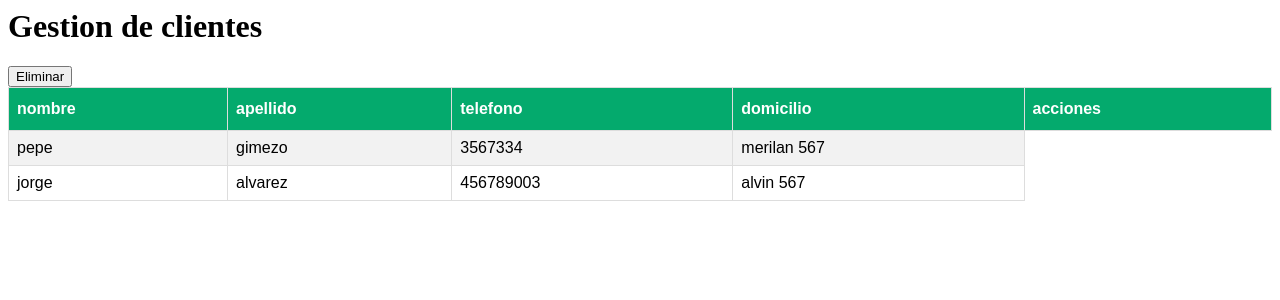
Repository: geraldine-ventura/Practicando.net
Page: index 2.html
The author's editor kept a copy of each file at every save. The page is drawn from the files as they stood at one save, then again after the next save.
The browser window is 1280 px wide. The pictures show the whole page.

Above is the page before, as saved 2022-12-20 11:11:24.

### index 2.html
<h1>Gestion de clientes</h1>
<table id= "customers">
    <tr>
        <th>nombre</th>
        <th>apellido</th>
        <th>telefono</th>
        <th>domicilio</th>
        <th>acciones</th>
    </tr>
    <tr>
        <td>pepe</td>
        <td>gimezo</td>
        <td>3567334</td>
        <td>merilan 567</td>
        <button>Eliminar</button>
    </tr>
    <tr>
        <td>jorge</td>
        <td>alvarez</td>
        <td>456789003</td>
        <td>alvin 567</td>
    </tr>
</table>

<style>
    #customers {
      font-family: Arial, Helvetica, sans-serif;
      border-collapse: collapse;
      width: 100%;
    }

    #customers td, #customers th {
      border: 1px solid #ddd;
      padding: 8px;
    }

    #customers tr:nth-child(even){background-color: #f2f2f2;}

    #customers tr:hover {background-color: #ddd;}

    #customers th {
      padding-top: 12px;
      padding-bottom: 12px;
      text-align: left;
      background-color: #04AA6D;
      color: white;
    }
    </style>

After the next save:
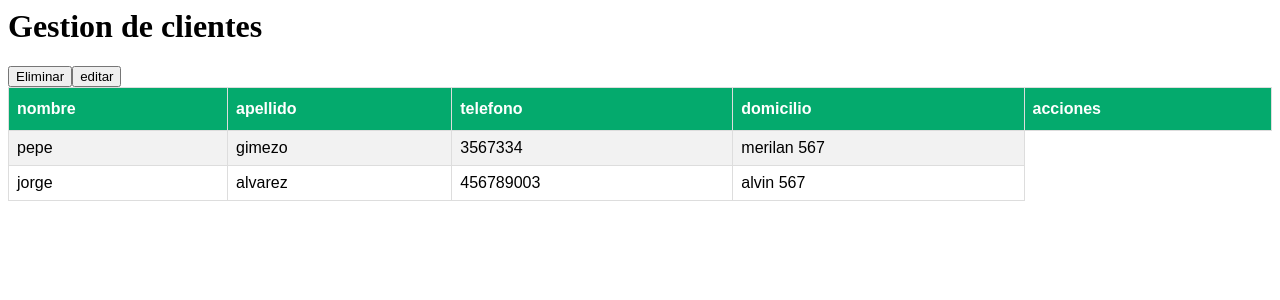
Saved 31 s later.
--- a/index 2.html
+++ b/index 2.html
@@ -12,7 +12,8 @@
         <td>gimezo</td>
         <td>3567334</td>
         <td>merilan 567</td>
-        <button>Eliminar</button>
+          <button>Eliminar</button>
+          <button>editar</button>
     </tr>
     <tr>
         <td>jorge</td>
